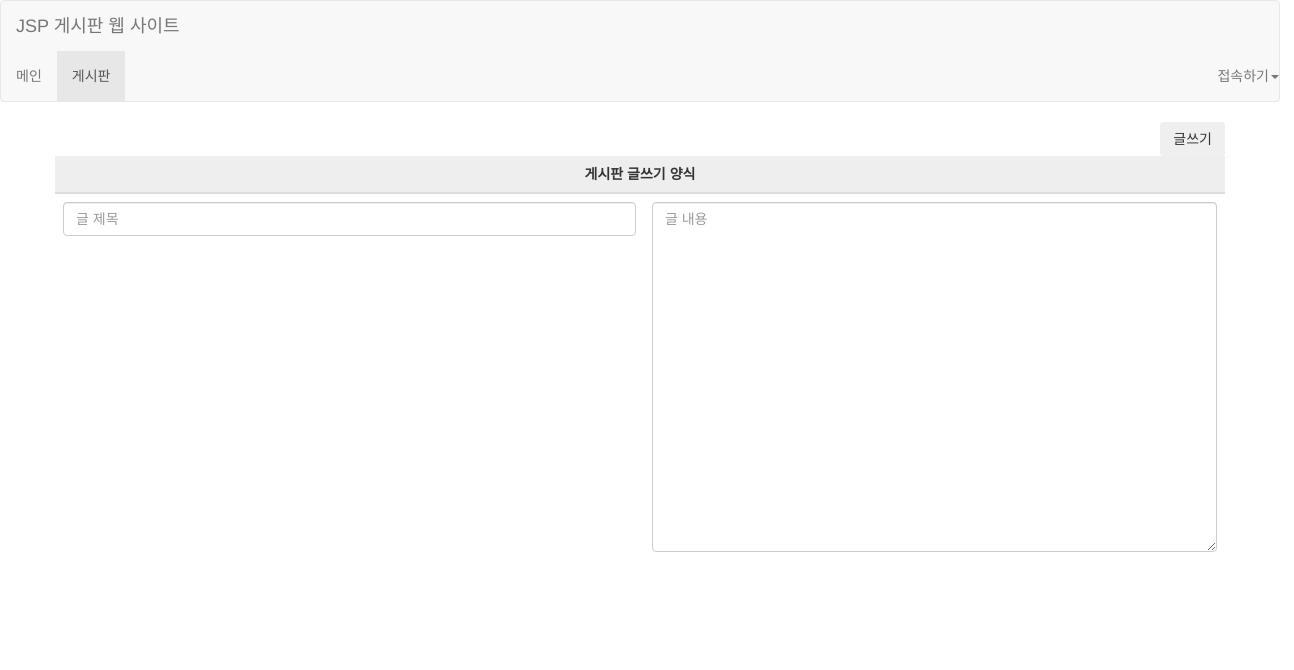
Repository: jeeyune/JSP-Bulletin-Board
Page: http://localhost/BBS/write.jsp
The author's editor kept a copy of each file at every save. The page is drawn from the files as they stood at one save, then again after the next save.
The browser window is 1280 px wide. The page is 1294 px wide, so the pictures cover 1294 px, including what lies to the right of the window. The pictures show the whole page.
Some web libraries are served in a nearby version. The page is served by Tomcat 9. Other server files are loaded and not shown.

Above is the page before, as saved 2020-01-13 06:05:58.

### projects/BBS/WebContent/write.jsp
<%@ page language="java" contentType="text/html; charset=UTF-8"
    pageEncoding="UTF-8"%>
<%@ page import='java.io.PrintWriter' %>
<!DOCTYPE html>
<html>
<head>
<meta http-equiv="Content-Type" content="text/html; charset=UTF-8">
<meta name="viewport" content="width=device-width", initial-scale="1">
<link rel="stylesheet" href="css/bootstrap.css">
<title> JSP 게시판 웹사이트 </title>
</head>
<body>
	<%
		String userID = null;
		if (session.getAttribute("UserID") != null){
			userID = (String) session.getAttribute("userID");
		}

	%>
	<nav class="navbar navbar-default">
		<div class="navbar-header">
			<button type="button" class="navbar-toggle collapsed" data-toggle="collapse"
			data-target="#bs-example-navbar-collapse-1"
			aria-expanded="false">
				<span class="icon-bar"></span>
				<span class="icon-bar"></span>
				<span class="icon-bar"></span>
			</button>
			<a class="navbar-brand" href="main.jsp"> JSP 게시판 웹 사이트</a>
		</div>
		<div class="collapse navbar-collapse" id="#bs-example-navbar-collapse-1"></div>
			<ul class="nav navbar-nav">
				<li><a href="main.jsp">메인</a></li>
				<li class="active"><a href="bbs.jsp">게시판</a></li>
			</ul>
			<%
				if(userID == null){
			%>
			<ul class="nav navbar-nav navbar-right">
				<li class="dropdown">
					<a href="#" class="dropdown-toggle"
						data-toggle="dropdown" role="button" aria-haspopup="true"
						aria-expanded="false">접속하기<span class="caret"></span></a>
					<ul class="dropdown-menu">
						<li><a href="login.jsp">로그인</a></li>
						<li><a href="join.jsp">회원가입</a></li>
					</ul>
				</li>
			</ul>
			<%
				} else{
			%>
			<ul class="nav navbar-nav navbar-right">
				<li class="dropdown">
					<a href="#" class="dropdown-toggle"
						data-toggle="dropdown" role="button" aria-haspopup="true"
						aria-expanded="false">회원관리<span class="caret"></span></a>
					<ul class="dropdown-menu">
						<li><a href="logoutAction.jsp">로그아웃</a></li>
					</ul>
				</li>
			</ul>

			<%
				}
			%>
		</div>
	</nav>

	<div class="container">
		<div class="row">
			<table class="table table-stripped" style="text-align: center border= 1px solid #dddddd">
				<thead>
					<tr>
						<th	colspan="2" style="background-color: #eeeeee; text-align: center;">게시판 글쓰기 양식</th>
					</tr>
				</thead>
				<tbody>
					<tr>
						<td><input type="text" class="form-control" placeholder="글 제목" name="bbsTitle" maxlength="50"></td>
						<td><textarea type="text" class="form-control" placeholder="글 내용" name="bbsContent" maxlength="2048" style="height: 350px";></textarea></td>
					</tr>
				</tbody>
				<input type="submit" href="write.jsp" class="btn btn primary pull-right" value="글쓰기">
			</table>
		</div>
	</div>
	<script src="https://code.jquery.com/jquery-3.1.1.min.js"></script>
	<script src="js/bootstrap.js"></script>

	<script src="https://code.jquery.com/jquery-3.4.1.min.js"></script>
	<script src="js/bootstrap.js"></script>

</body>
</html>

Loaded but not shown: projects/BBS/WebContent/css/bootstrap.css (library); projects/BBS/WebContent/js/bootstrap.js (library)

After the next save:
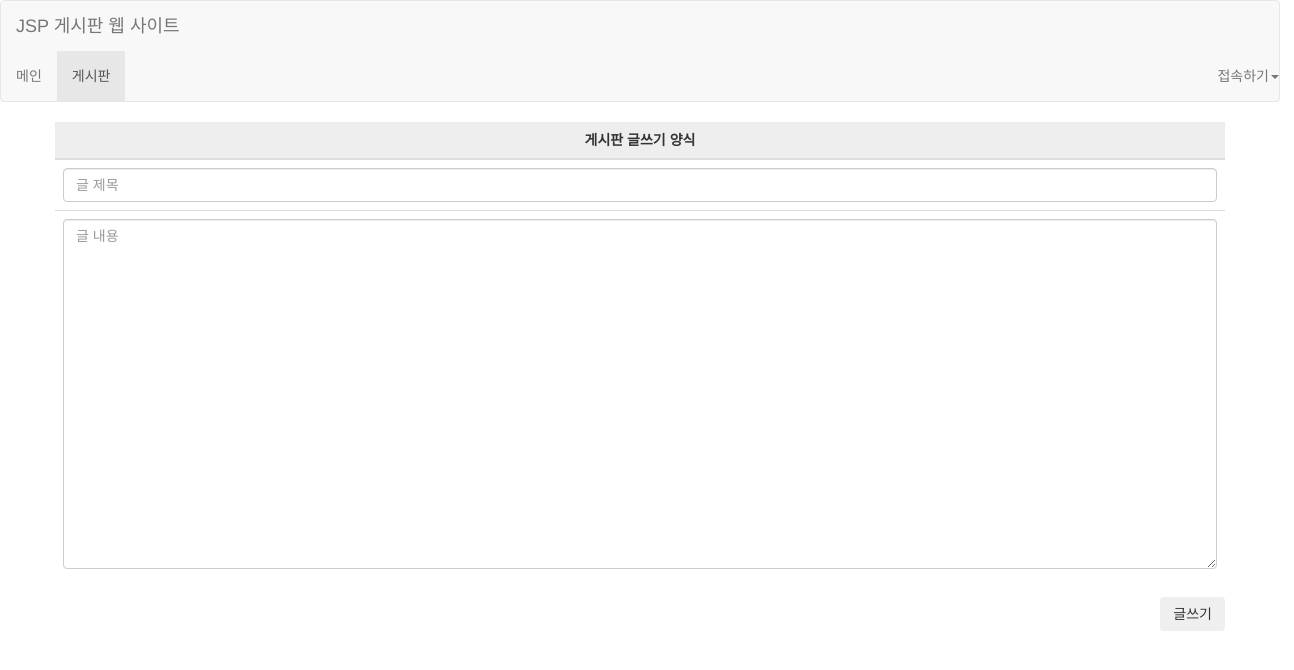
Saved 119 s later.
--- a/projects/BBS/WebContent/write.jsp
+++ b/projects/BBS/WebContent/write.jsp
@@ -69,20 +69,24 @@
 
 	<div class="container">
 		<div class="row">
-			<table class="table table-stripped" style="text-align: center border= 1px solid #dddddd">
-				<thead>
-					<tr>
-						<th	colspan="2" style="background-color: #eeeeee; text-align: center;">게시판 글쓰기 양식</th>
-					</tr>
-				</thead>
-				<tbody>
-					<tr>
-						<td><input type="text" class="form-control" placeholder="글 제목" name="bbsTitle" maxlength="50"></td>
-						<td><textarea type="text" class="form-control" placeholder="글 내용" name="bbsContent" maxlength="2048" style="height: 350px";></textarea></td>
-					</tr>
-				</tbody>
+			<form method="post" action="writeAction.jsp">
+				<table class="table table-stripped" style="text-align: center border= 1px solid #dddddd">
+					<thead>
+						<tr>
+							<th	colspan="2" style="background-color: #eeeeee; text-align: center;">게시판 글쓰기 양식</th>
+						</tr>
+					</thead>
+					<tbody>
+						<tr>
+							<td><input type="text" class="form-control" placeholder="글 제목" name="bbsTitle" maxlength="50"></td>
+						</tr>
+						<tr>
+							<td><textarea class="form-control" placeholder="글 내용" name="bbsContent" maxlength="2048" style="height: 350px";></textarea></td>
+						</tr>
+					</tbody>
+				</table>
 				<input type="submit" href="write.jsp" class="btn btn primary pull-right" value="글쓰기">
-			</table>
+			</form>
 		</div>
 	</div>
 	<script src="https://code.jquery.com/jquery-3.1.1.min.js"></script>
